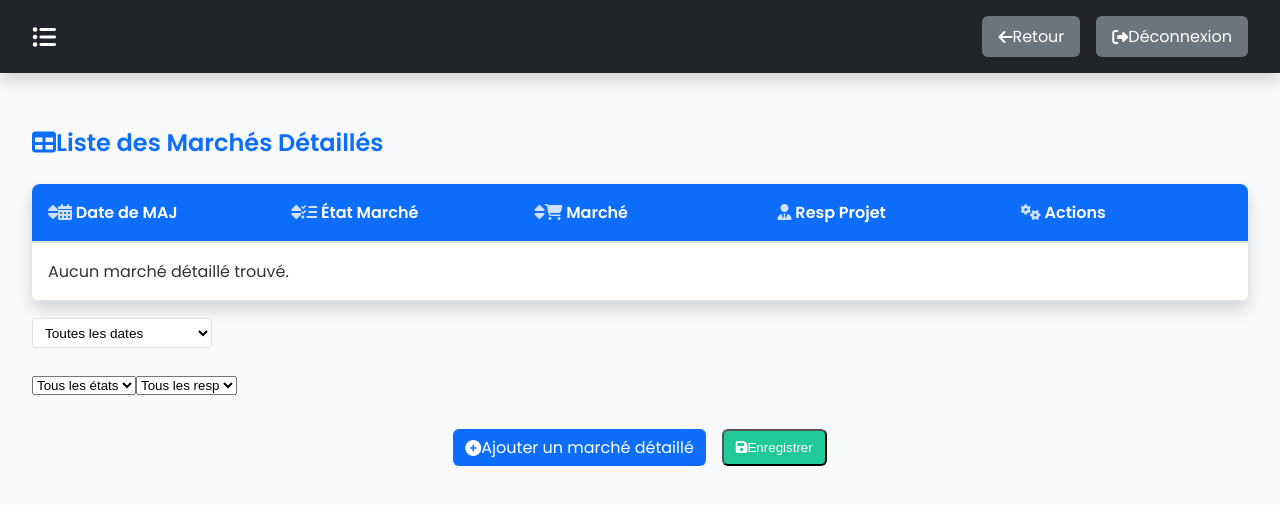
Repository: Andriatiana669/Retour_XP
Page: dashboard/templates/dashboard/liste_marche.html
The author's editor kept a copy of each file at every save. The page is drawn from the files as they stood at one save, then again after the next save.
The browser window is 1280 px wide. The pictures show the whole page.
The page is served by the project's application, run on Django 5.2 (manage.py). The template is opened directly, without the code that normally fills it, so the values that code supplies are empty.

Above is the page before, as saved 2026-01-07 15:01:07.

After the next save:
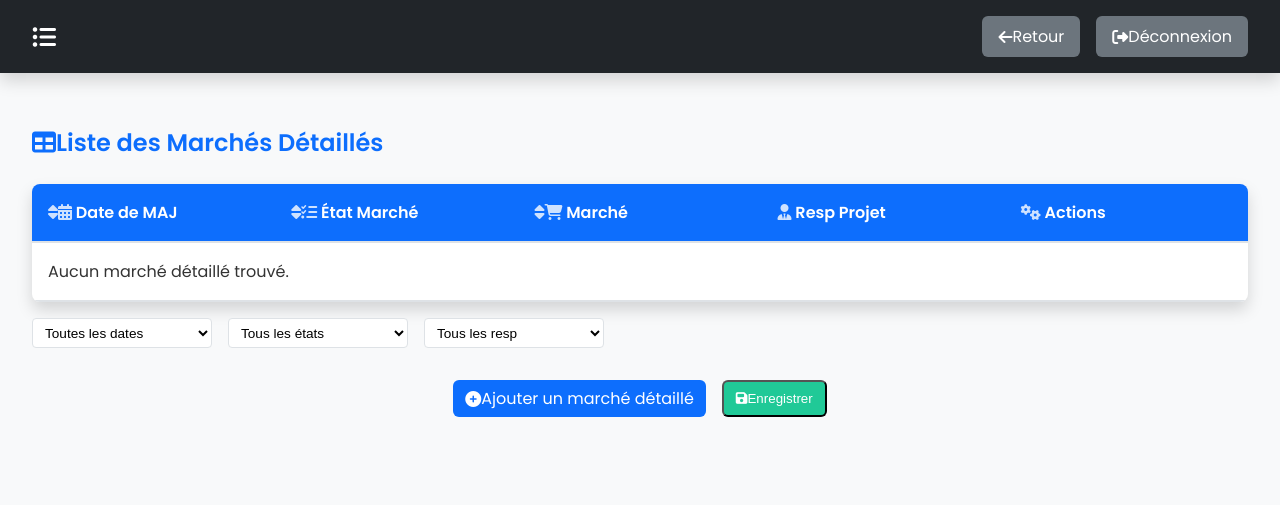
Saved 35 s later.
--- a/dashboard/static/dashboard/js/liste_marche.js
+++ b/dashboard/static/dashboard/js/liste_marche.js
@@ -47,7 +47,7 @@ document.addEventListener('DOMContentLoaded', () => {
     etatFilter.innerHTML = '<option value="all">Tous les états</option>';
     const etats = [...new Set(rows.map(r => r.querySelector('select[name="etat"] option:checked')?.textContent.trim() || 'Non défini'))];
     etats.sort().forEach(e => etatFilter.innerHTML += `<option value="${e}">${e}</option>`);
-    $('.center-buttons').before(etatFilter);
+    $('#filtersBar').append(etatFilter);
 
     // 3) filtre Resp
     const respFilter = document.createElement('select');
@@ -55,7 +55,7 @@ document.addEventListener('DOMContentLoaded', () => {
     respFilter.innerHTML = '<option value="all">Tous les resp</option>';
     const resps = [...new Set(rows.map(r => r.cells[3].textContent.trim()))];
     resps.sort().forEach(r => respFilter.innerHTML += `<option value="${r}">${r}</option>`);
-    $('.center-buttons').before(respFilter);
+    $('#filtersBar').append(respFilter);
 
     /* ---------- APPLICATION DES FILTRES ---------- */
     function applyFilters() {
